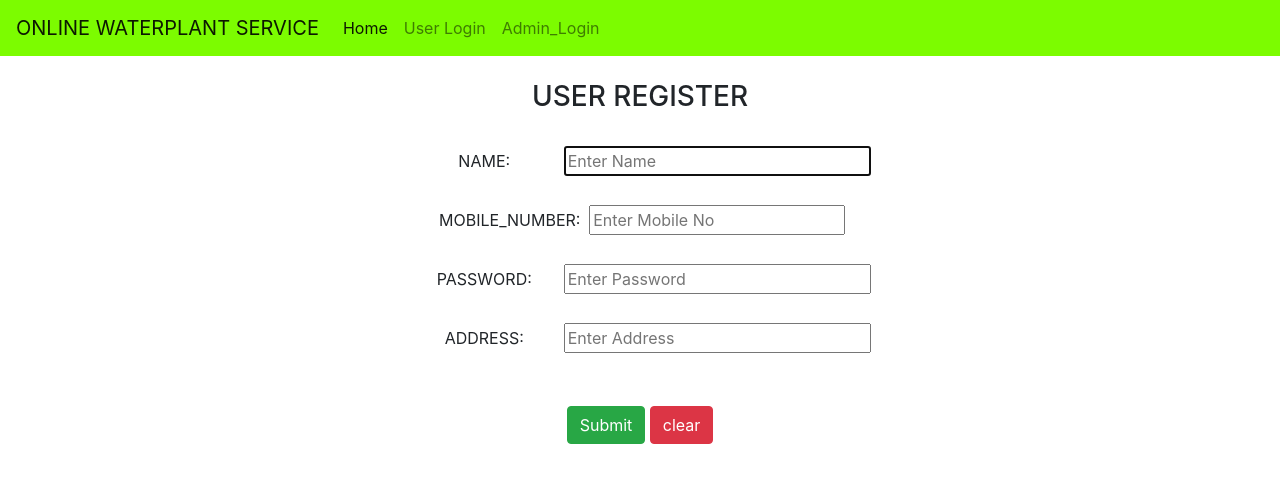
Repository: SHARMILAG97/WebApplication
Page: http://localhost/waterplant_web/userregister.jsp
The author's editor kept a copy of each file at every save. The page is drawn from the files as they stood at one save, then again after the next save.
The browser window is 1280 px wide. The pictures show the whole page.
The page is served by Tomcat 9.

Above is the page before, as saved 2019-09-18 09:54:04.
Console error: TypeError: Cannot read properties of undefined (reading 'fn')

After the next save:
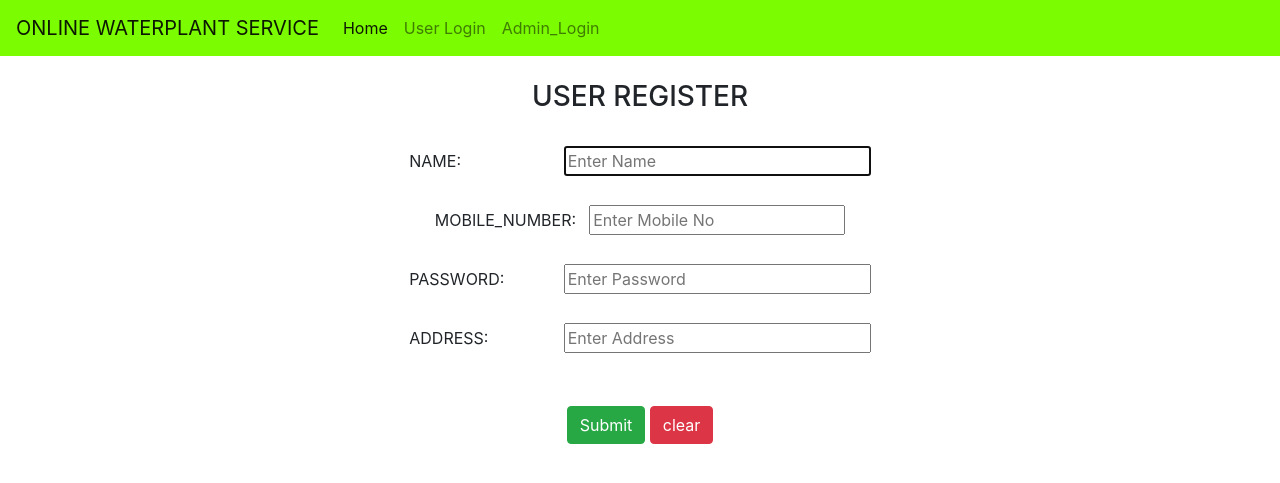
Saved 22 s later.
--- a/waterplant_web/src/main/webapp/userregister.jsp
+++ b/waterplant_web/src/main/webapp/userregister.jsp
@@ -14,7 +14,7 @@
    label{
   width: 150px;
   display: inline-block;
-  text-align: center;
+  text-align: left;
    }
 </style>
 

After the save that followed:
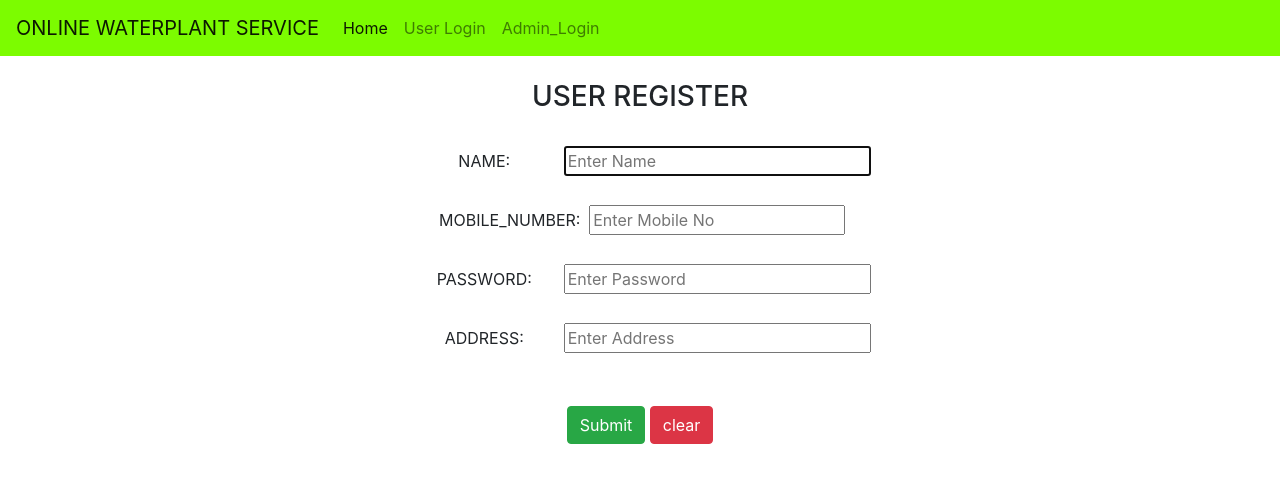
Saved 31 s later.
--- a/waterplant_web/src/main/webapp/userregister.jsp
+++ b/waterplant_web/src/main/webapp/userregister.jsp
@@ -14,7 +14,7 @@
    label{
   width: 150px;
   display: inline-block;
-  text-align: left;
+  text-align: center;
    }
 </style>
 
